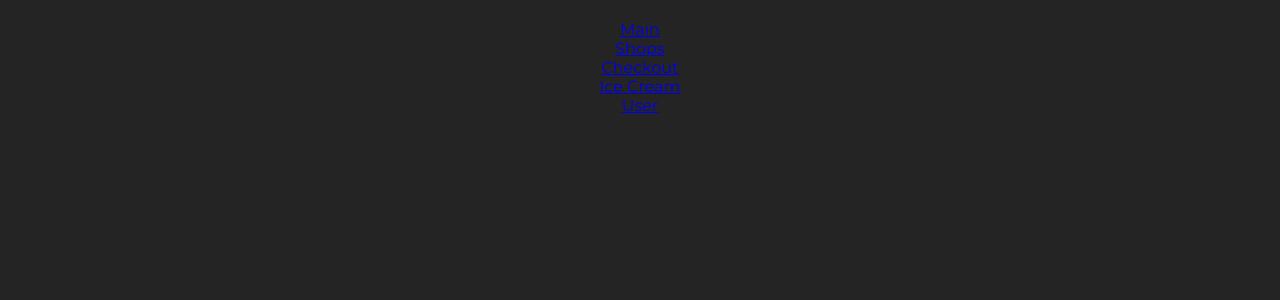
Repository: squirrellypenguin/Frozzy-React-Frontend
Page: /user
The author's editor kept a copy of each file at every save. The page is drawn from the files as they stood at one save, then again after the next save.
The browser window is 1280 px wide. The pictures show the whole page.
The page's requests for data from a server got no answer. The project was rebuilt for these pictures with package versions that can differ from the ones it lists, and the page was loaded fresh each time. No one was signed in, and anything a server would have sent is missing. Also part of the build but not shown: src/pages/checkout.js, src/pages/icecream.js, src/pages/edituser.js, src/components/foot.js, src/pages/shop.js. Imported but missing from the stored project, and not drawn on this page: src/pages/main.

Above is the page before, as saved 2021-05-25 16:30:24.

### public/index.html
<!DOCTYPE html>
<html lang="en">
  <head>
    <meta charset="utf-8" />
    <link rel="icon" href="%PUBLIC_URL%/favicon.ico" />
    <meta name="viewport" content="width=device-width, initial-scale=1" />
    <meta name="theme-color" content="#000000" />
    <meta
      name="description"
      content="Web site created using create-react-app"
    />
    <link rel="apple-touch-icon" href="%PUBLIC_URL%/logo192.png" />
    <link rel="preconnect" href="https://fonts.gstatic.com">
<link href="https://fonts.googleapis.com/css2?family=Montserrat:wght@300;400;500;600&display=swap" rel="stylesheet">
    <!--
      manifest.json provides metadata used when your web app is installed on a
      user's mobile device or desktop. See https://developers.google.com/web/fundamentals/web-app-manifest/
    -->
    <link rel="manifest" href="%PUBLIC_URL%/manifest.json" />
    <!--
      Notice the use of %PUBLIC_URL% in the tags above.
      It will be replaced with the URL of the `public` folder during the build.
      Only files inside the `public` folder can be referenced from the HTML.

      Unlike "/favicon.ico" or "favicon.ico", "%PUBLIC_URL%/favicon.ico" will
      work correctly both with client-side routing and a non-root public URL.
      Learn how to configure a non-root public URL by running `npm run build`.
    -->
    <title>React App</title>
  </head>
  <body>
    <noscript>You need to enable JavaScript to run this app.</noscript>
    <div id="root"></div>
    <!--
      This HTML file is a template.
      If you open it directly in the browser, you will see an empty page.

      You can add webfonts, meta tags, or analytics to this file.
      The build step will place the bundled scripts into the <body> tag.

      To begin the development, run `npm start` or `yarn start`.
      To create a production bundle, use `npm run build` or `yarn build`.
    -->
  </body>
</html>

### src/index.js
import React from 'react';
import ReactDOM from 'react-dom';
import './index.css';
import App from './App';
import reportWebVitals from './reportWebVitals';
import { BrowserRouter as Router} from 'react-router-dom'



ReactDOM.render(
  <Router>
    <React.StrictMode>
      <App />
    </React.StrictMode>
  </Router>,
  document.getElementById('root')
);

// If you want to start measuring performance in your app, pass a function
// to log results (for example: reportWebVitals(console.log))
// or send to an analytics endpoint. Learn more: https://bit.ly/CRA-vitals
reportWebVitals();

### src/index.css


:root {
  --main-white:  #ededed;
  --main-black: #242424;
  --main-grey: #909294;
  --main-red: #EE4540;
}
body {
  margin: 0; /* <-- Codys code */
  font-family: 'Montserrat'; /* <-- Codys code */
  /* font-family: -apple-system, BlinkMacSystemFont, 'Segoe UI', 'Roboto', 'Oxygen',
    'Ubuntu', 'Cantarell', 'Fira Sans', 'Droid Sans', 'Helvetica Neue',
    sans-serif; */
  -webkit-font-smoothing: antialiased;
  -moz-osx-font-smoothing: grayscale;
}


#main-image-container {
  /* border: 2px solid red; */
  height: 600px;
  background: var(--main-black);
  display: flex;
  justify-content: center;
  width: 100%;
  margin: 0 auto;
}

/* ----------- can delete BLACK-BACKGROUND when moved into JSX -------------- */
#black-background {
  /* border: 2px solid hotpink; */
  background: var(--main-black);
  height: 1000px;
}
/* ----------- can delete BLACK-BACKGROUND when moved into JSX -------------- */

#main-background {
  /* border: 2px solid hotpink; */
  /* height: 1500px; */
  /* transform: scale(1.3); */
}

#main-logo-container {
  /* border: 2px solid hotpink; */
  display: flex;
  justify-content: center;
  position: relative;
  bottom: 350px;
  overflow: hidden;
  width: 100%;
  transform: scale(.7);
}

#main-logo {
  /* border: 2px solid rgb(47, 226, 236); */
  transform: scale(.7);
}

#main-greeting-container {
  /* border: 2px solid red; */
  position: relative;
  bottom: 230px;
  color: var(--main-grey);
  font-family: 'Montserrat';
  font-size: .7em;
  text-align: center;
  width: 60%;
  margin: 0 auto;
}

#main-login-button-container {
  /* border: 2px solid red; */
  margin: 0 auto;
  display: flex;
  flex-direction: column;
  justify-content: center;
  width: 60%;
  position:relative;
  bottom: 200px;
}
#main-login-button {
  /* border: 2px solid red; */
  /* display: flex; */
  /* justify-content: center; */
  border: none;
  height: 40px;
  border-radius: 20px;
  background: var(--main-red);
  color: var(--main-white);
  font-family: 'Montserrat';
}
#main-login-button:hover {
  background: var(--main-black);
  border: 1px solid var(--main-grey)
}

#page-container{
/* border: 2px solid red; */
background-color: var(--main-black);
/* height: 1800px; */
/* width: 100%; */
}


#ic-image-container {
  /* border: 2px solid red; */
  /* margin: 0 auto;  */
  /* width: 100vw;  */
  /* overflow: hidden; */
}

#ic-photo {
  /* border: 2px solid red; */
  width: 100%;
  height: auto;
  background-image: cover;
}

.fav-icon {
  /* border: 2px solid red; */
  position: relative;
  bottom: 25px;
  left: 150px;
  transform: scale(1.7);
  filter: drop-shadow(0px 3px 1.5px red);
}

/* ---------------------- Middle Name/price/star section-------------------- */
#ic-name h2{
  /* border: 2px solid red; */
  margin: 0 0 0 10px;
  position: relative;
  bottom: 15px;
  width: 80%;
  color: var(--main-white);
  text-align: left;
}
#ic-stars-container{
  /* border: 2px solid red; */
  width: 100%;
  /* margin: 0; */
  padding: 0 0 0 6px;
  position: relative;
  bottom: 17px;
}
#ic-stars {
  /* border: 2px solid hotpink; */
  text-align: left;
}

#ic-stars img {
  /* border: 2px solid hotpink; */
  transform: scale(.7);

}
#ic-stars img:hover {
  transform: scale(.85);
}

#ic-price {
  /* border: 2px solid red; */
  color: var(--main-white);
  width: 150px;
  text-align: center;
  position: relative;
  left: 210px;
  bottom: 40px;
}

/* ---------------------- Middle Description area-------------------- */
#ic-description-container {
  /* border: 2px solid red; */
  width: 90%;
  margin: 0 auto;
  padding-bottom:15px;
  text-align: left;
  position: relative;
  bottom: 40px;
}

#ic-description-heading {
  /* border: 2px solid red; */
  color: var(--main-white);
}

#ic-description-copy {
  /* border: 2px solid red; */
  color: var(--main-grey);
  padding-bottom: 30px;
  border-bottom: 1px solid var(--main-grey);
}

/* ---------------------- Lower Customize area-------------------- */
#ic-customize-container {
  /* border: 2px solid red; */
  width: 90%;
  height: 200px;
  margin: 0 auto;
  padding-bottom:15px;
}

#ic-customize-heading {
  /* border: 2px solid red; */
  width: 90%;
  margin: 0;
  color: var(--main-white);
  margin-bottom: 20px;
  text-align: left;
}

#ic-customize-dropdown-container {
  /* border: 2px solid red;  */
}

 .ic-customize-dropdown {
   /* border: 2px solid red; */
   display: block;
   width: 100%;
   height: 50px;
   color: var(--main-grey);
   text-align: center;
   font-size: 1em;
   border-radius: 5px;
   background-color: var(--main-white);
   margin: 10px 0 10px 0;
   font-family: 'Montserrat';
 }
 .ic-customize-dropdown:hover {
 background: var(--main-black);
}

#edit {
  border: none;
  height: 40px;
  border-radius: 20px;
  padding-left: 20px;
  padding-top: 20px;
  padding-right: 20px;
  padding-bottom: 35px;
  background: var(--main-red);
  color: var(--main-white);
  font-family: 'Montserrat';
}
#delete {
  border: 1px solid var(--main-red);
  height: 40px;
  border-radius: 20px;
  padding-left: 20px;
  padding-top: 20px;
  padding-right: 20px;
  padding-bottom: 35px;
  background: black;
  color: var(--main-red);
  font-family: 'Montserrat';
  margin-left: 10px;
}

### src/App.js
import { Switch,Route } from 'react-router-dom';
import './App.css';
import Checkout from './pages/checkout'
import Main from './pages/main'
import Creem from './pages/icecream'
import User from './pages/user'
import Shop from './pages/shop'
import Nav from './components/nav'
import React from 'react';
import Edituser from './pages/edituser'


function App() {
  const url = "https://frozzybe.herokuapp.com"

  // State that will hold shops
  const [shops, setShops] = React.useState([])
  // State to hold ice cream flavors
  const [creems, setCreems] = React.useState([])
  const [edit, setEdit] = React.useState()

  const selectedEdit = (user) => {
    setEdit(user)
  }


  let [users, setUsers] = React.useState([])
  const getUsers = async () => {
    const response = await fetch(url + "/user");
    console.log(response)
    const data = await response.json();
   console.log("read for this", data)
    setUsers(data)
  };


  const deleteUser = (user) => {
    fetch(url + "/user/" + user._id, {
      method: "delete"
    })
    .then(() => {
      getUsers()
    })
  }
  //state to hold ratings
  const [ratings, setRatings] = React.useState([])

  // variable to hold to Empty flavor
  const emptyCreem = {
    rating: [],
    name: "",
    img:  "",
    story: "",
    cost: 0,
  }


  //empty rating variable
  const emptyRating = {
    rating: 0
  }

  const emptyUser = {

    last: "",
    img:  ""

  }


  // state that represents selected flavor
  const [selectedCreem, setSelectedCreem] = React.useState(emptyCreem)
const [cart, setCart] = React.useState([])
  // state for rating
  const [selectedRating, setselectedRating] = React.useState(emptyRating)

  const selectCart = (creem, index) => {
    console.log("lifted State", creem)
    setCart([...cart, creem])
  //  handleRatingUpdate(rating, id)
  }

  const removeFromCart = (pos) => {
    console.log("pos",pos)
    const updatedCart = cart.filter((flavor, index) => index !== pos)
    setCart(updatedCart)
  }

  // function that will get all the flavors
  const getCreems = () => {
    fetch(url + "/creem/")
    .then((response) => response.json())
    .then((data) => {
      setCreems(data)
    })
  }



  // function to get all shops
  const getShops = () => {
    fetch(url + "/store/")
    .then((response) => response.json())
    .then((data) => {
      setShops(data)
    })
  }

  // function to get ratings
  const getRating = () => {
    fetch(url + "/creem" + "/rating")
    .then((response) => response.json())
    .then((data) => {
      setRatings(data)
      console.log("ratings", setRatings)
    })
  }

  //useEffect to get shop data
  React.useEffect(() =>{
    getShops()
    getUsers();
  }, [])

  //useEffect to get the flavor data right away
  React.useEffect(() => {
    getCreems()
  }, [])

  // handleCreate function for form submission of
 const handleCreate = (newCreem) => {
    fetch(url + "/creem/", {
      method: "POST",
      headers: {
        "Content-type": "application/json"
      },
      body: JSON.stringify(newCreem)
    })
    .then(() => getCreems())
  }
  const handleCreateUser = (newUser) => {
    fetch(url + "/user/", {
      method: "POST",
      headers: {
        "Content-type": "application/json"
      },
      body: JSON.stringify(newUser)
    })
    .then(() => getCreems())
  }
  // handleUpdate function for when edit form is sumbitted
  const handleUpdate = (creem) => {
    fetch(url + "/creem/" + creem, {
      method: "PUT",
      headers: {
        "Content-Type": "application/json"
      },
      body: JSON.stringify(creem)
    })
    .then(() => getCreems())
  }

  const handleEdit = (user) => {
    fetch(url + "/user/" + user._id, {
      method: "PUT",
      headers: {
        "Content-Type": "application/json"
      },
      body: JSON.stringify(user)
    })
    .then(() => getUsers())
  }


  // handleUpdate function for form submission on rating
  const handleRatingUpdate = (rating, id) => {
    let body = { rating: rating}
    fetch(url + "/creem/rating/" + id, {
      method: "PUT",
      headers: {
        "Content-Type":"application/json"
      },
      body: JSON.stringify(body)
    })
    .then(() => getRating())
  }

  // function to specifiy the flavor being updated
  const selectCreem = (creem) => {
    setSelectedCreem(creem)
  }


  //function to specify which rating is being updated
  const selectRating = (rating, id) => {
    console.log("lifted State")
    console.log(id, rating)
   handleRatingUpdate(rating, id)
  }

  // function to delete individual flavors
  const deleteCreem = (creem) => {
    fetch(url + "/creem/" + creem._id, {
      method: "delete"
    })
    .then(() => {
      getCreems()
    })
  }

  return (
    <div className="App">
      <Nav />
      <Switch>
        <Route exact path="/" render={(rp) =>
          <Main
          {...rp}
          shops={shops}
           />} />
        <Route exact path="/shop" render={(rp) =>
          <Shop
          {...rp}
          shops={shops}
          />} />
        <Route path="/checkout" render={(rp) =>
          <Checkout
          {...rp}
          cart={cart}
          creem={creems}
          selectedCreem={selectedCreem}
          removeFromCart={removeFromCart}
          handleSubmit={handleUpdate}
          deleteCreem={deleteCreem}
          selectCreem={selectCreem}
          />} />

         <Route exact path="/icecream" render={(rp) =>
          <Creem
          {...rp}
          handleRatingSubmit={handleRatingUpdate}
          selectRating={selectRating}
          selectCart={selectCart}
          creems={creems}
          // selectedRating={selectedRating}
          handleSubmit={handleUpdate}
          // selectRating={selectRating}

          />} />

<Route exact path="/user" render={(rp) =>
          <User  {...rp} users={users}    selectedEdit={selectedEdit}    deleteUser={deleteUser}   />

} />
    <Route
            exact
            path="/create"
            render={(rp) => (
              <Edituser
              {...rp}
              label="create"
              user={emptyUser}

              handleSubmit={handleCreateUser} />
            )}
          />
    <Route
            exact
            path="/edit"
            render={(rp) => (
              <Edituser
              {...rp}
              label="update"
              user={edit}

              handleSubmit={handleEdit} />
            )}
          />
      </Switch>
    </div>
  )
}

export default App;

### src/App.css

body {
  background-color: #242424;
}

.App {
  text-align: center;

}

.App-logo {
  height: 40vmin;
  pointer-events: none;
}

@media (prefers-reduced-motion: no-preference) {
  .App-logo {
    animation: App-logo-spin infinite 20s linear;
  }
}

.App-header {
  background-color: #282c34;
  min-height: 100vh;
  display: flex;
  flex-direction: column;
  align-items: center;
  justify-content: center;
  font-size: calc(10px + 2vmin);
  color: white;
}

.App-link {
  color: #61dafb;
}

@keyframes App-logo-spin {
  from {
    transform: rotate(0deg);
  }
  to {
    transform: rotate(360deg);
  }
}
/* // Sample code suplpied from  */
/* // https://codepen.io/jamesbarnett/pen/vlpkh */

@import url(//netdna.bootstrapcdn.com/font-awesome/3.2.1/css/font-awesome.css);

fieldset, label { margin: 0; padding: 0; }
body{ margin: 20px; }
h1 { font-size: 1.5em; margin: 10px; }

/****** Style Star Rating Widget *****/

.rating {
  border: none;
  float: left;
}

.rating > input { display: none; }
.rating > label:before {
  margin: 5px;
  font-size: 1.25em;
  font-family: FontAwesome;
  display: inline-block;
  content: "\f005";
}

.rating > .half:before {
  content: "\f089";
  position: absolute;
}

.rating > label {
  color: #ddd;
 float: right;
}

/***** CSS Magic to Highlight Stars on Hover *****/

.rating > input:checked ~ label, /* show gold star when clicked */
.rating:not(:checked) > label:hover, /* hover current star */
.rating:not(:checked) > label:hover ~ label { color: #FFD700;  } /* hover previous stars in list */

.rating > input:checked + label:hover, /* hover current star when changing rating */
.rating > input:checked ~ label:hover,
.rating > label:hover ~ input:checked ~ label, /* lighten current selection */
.rating > input:checked ~ label:hover ~ label { color: #FFED85;  }


/* USer forms */


.container {
  display: grid;

}

.form {
  list-style: none;
}

.form-header {
  color: #EE4540;
  text-shadow: rgb(237, 237, 237, .35) 0px 0px .5px,   rgb(237, 237, 237, .35) 0px 0px .5px,   rgb(237, 237, 237, .35) 0px 0px .5px,
             rgb(237, 237, 237, .35) 0px 0px .5px,   rgb(237, 237, 237, .35) 0px 0px .5px,   rgb(237, 237, 237, .35) 0px 0px .5px;
}

.form li {
  padding-bottom: 10px;

}

.form li input {
  border: none;
  border-bottom: 2px solid #EE4540;

  color: #ededed;
  background: -webkit-linear-gradient(360deg, #1d1d1d -50%, #494949 175%);
  background: -moz-linear-gradient(360deg, #1d1d1d -50%, #494949 175%);
  background: linear-gradient(360deg, #1d1d1d -50%, #494949 175%);
}

.small-container {
  font-family: 'Montserrat';
  color: #ededed;
}
/* Becasue the internet sucks so we we will all the do the same thing just a bit different  */
input::-webkit-outer-spin-button,
input::-webkit-inner-spin-button {
  -webkit-appearance: none;
  margin: 0;
}
input[type=number] {
  -moz-appearance: textfield;
}

### src/pages/user.js
import React from "react";
import {useEffect} from "react"
import {useState} from "react"
import Edituser from './edituser'
import { Switch,Route } from 'react-router-dom';

const User = (props) => {

//   let shops =props.shops
  // handleUpdate function for when edit form is sumbitted

console.log(props.users)
  let user = props.users.map((user, index) => {
     console.log(user.lastname);

    return (
      <div  key={index}>
        {/* <img src={hero.images.sm} alt="small-profile-picture" /> */}
        <div className="small-container">
        <h2>{user.user}</h2>
        <h2>{user.first} {user.last}</h2>

          <h3>Telephone: {user.phone}</h3>
          <h3>Email: {user.email}</h3>
          <h3>{user.address} {user.city}</h3>
          <h3>{user.state} {user.zip}</h3>
          <button id="edit" onClick={() => {
            props.selectedEdit(user)
            props.history.push("/edit")
          }}>Edit</button>

        <button id="delete"onClick={() => {
            props.deleteUser(user)
          }}>
            Delete
          </button>
        </div>
      </div>
    );
  });
  return (
    <div>

   {user} </div>
  )
};

export default User;

### src/components/nav.js
import React from 'react';
import { Link } from 'react-router-dom';

const Nav = (props) => {
    return(
        <div>
            <Link to="/">
                <div>Main</div>
            </Link>
            <Link to="/shop">
                <div>Shops</div>
            </Link>
            <Link to="/checkout">
                <div>Checkout</div>
            </Link>
            <Link to="/icecream">
                <div>Ice Cream</div>
            </Link>
            <Link to="/user">
                <div>User</div>
            </Link>
        </div>
    )
}

export default Nav

Loaded but not shown: src/reportWebVitals.js (common file)

After the next save:
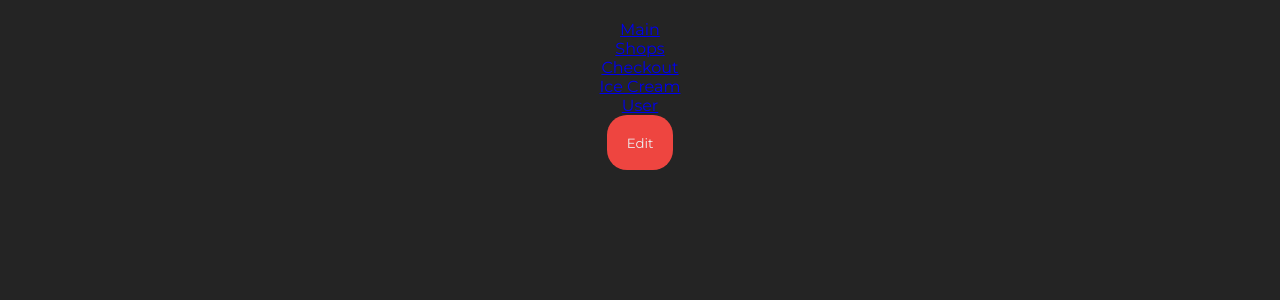
Saved 51 s later.
--- a/src/pages/user.js
+++ b/src/pages/user.js
@@ -40,6 +40,10 @@ console.log(props.users)
   });
   return (
     <div>
+        <button id="edit" onClick={() => {
+            props.selectedEdit(user)
+            props.history.push("/edit")
+          }}>Edit</button>
 
    {user} </div>
   )
